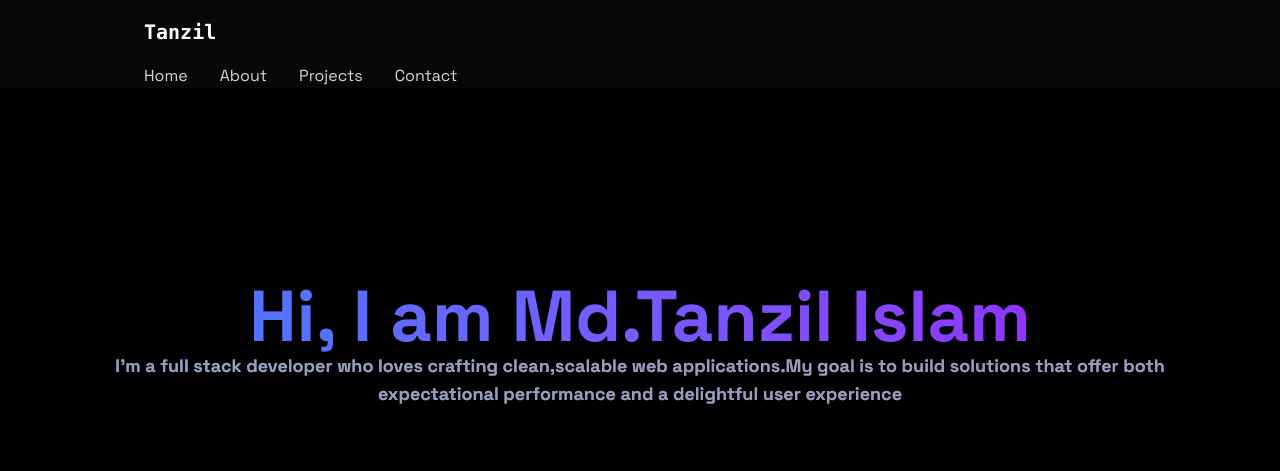
Repository: tanimtanzilislam/my_portfolio
Page: /
The author's editor kept a copy of each file at every save. The page is drawn from the files as they stood at one save, then again after the next save.
The browser window is 1280 px wide. The pictures show the whole page.
The project was rebuilt for these pictures with package versions that can differ from the ones it lists, and the page was loaded fresh each time. Also part of the build but not shown: vite.config.js.

Above is the page before, as saved 2025-05-10 11:42:38.

After the next save:
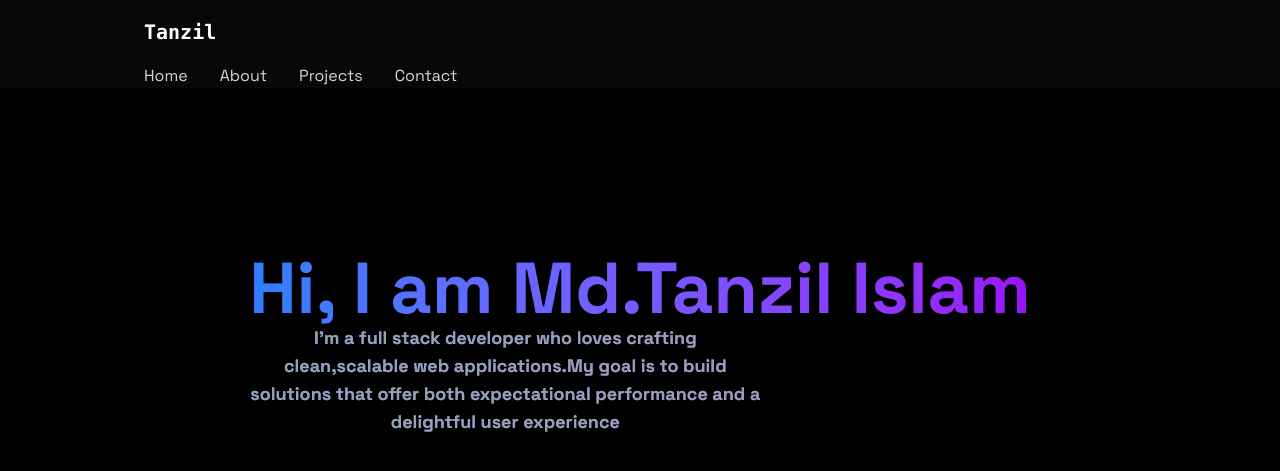
Saved 4 s later.
--- a/src/components/sections/Home.jsx
+++ b/src/components/sections/Home.jsx
@@ -2,7 +2,7 @@ export const Home =()=>{
     return <section id="home" className="min-h-screen flex items-center justify-center relative">
         <div className="text-center z-10 px-14">
             <h1 className="text-5xl md:text-7xl font-bold mb-6 bg-gradient-to-r from-blue-500 to-purple-600 bg-clip-text text-transparent leading-right">Hi, I am Md.Tanzil Islam
-                <p  className="text-gray-400 text-lg mb-8 max-">
+                <p  className="text-gray-400 text-lg mb-8 max-w-lg">
                     I'm a full stack developer who loves crafting clean,scalable web applications.My goal is to build solutions that offer both expectational performance and a delightful user experience                </p>
             </h1>
         </div>
